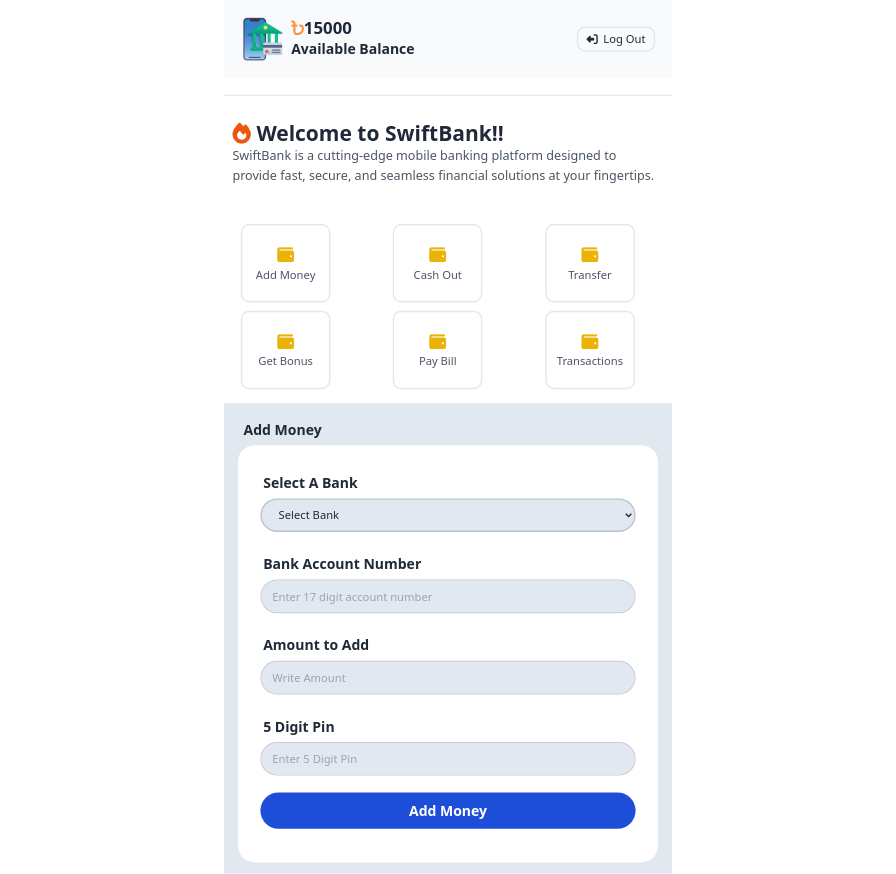
Repository: mukaddam-coder/swift-bank-mobile-banking
Page: home.html
The author's editor kept a copy of each file at every save. The page is drawn from the files as they stood at one save, then again after the next save.
The browser window is 1280 px wide. The pictures show the whole page, at 70% of full size.
Some web libraries are served in a nearby version.

Above is the page before, as saved 2024-12-13 03:45:55.

After the next save:
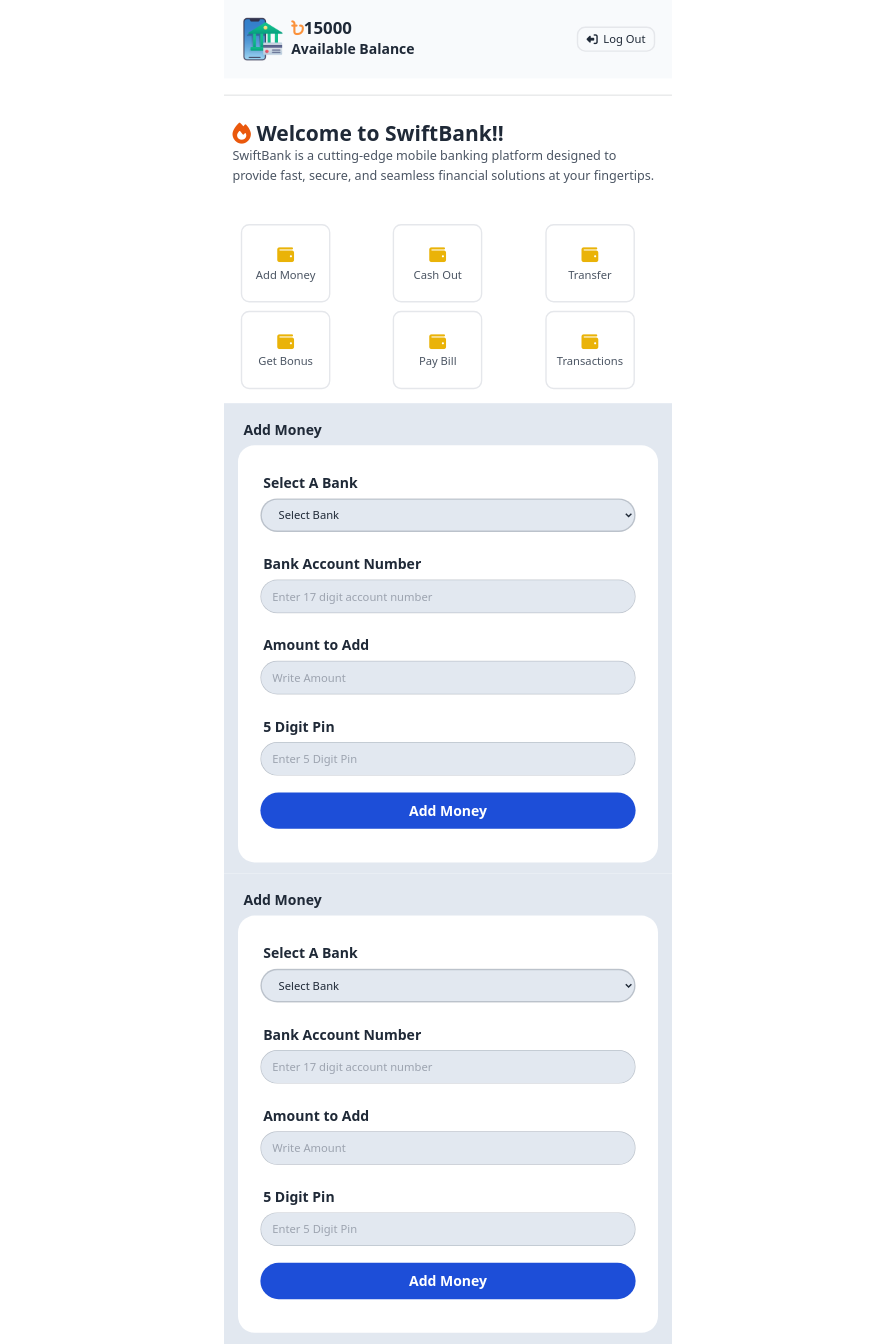
Saved 54 s later.
--- a/home.html
+++ b/home.html
@@ -143,6 +143,56 @@
           </form>
       </section>
       <!-- Add Money Section End -->
+
+      <!-- Cash Out Section Start -->
+      <section class="w-1/2 mx-auto px-5 py-4 bg-slate-200">
+        <h2 class="p-2 font-bold text-xl">Add Money</h2>
+        <form class="card-body bg-white rounded-3xl">
+            <div class="form-control mb-4">
+              <label class="label">
+                <span class="label-text font-semibold text-xl">Select A Bank</span>
+              </label>
+              <select id="bank"  class="input-bordered rounded-full bg-slate-200 h-12 px-5 border-2">
+                <option value="Select Bank">Select Bank</option>
+                <option value="AB Bank PLC">AB Bank PLC</option>
+                <option value="Bangladesh Commerce Bank Limited">Bangladesh Commerce Bank Limited</option>
+                <option value="Islami Bank Bangladesh PLC">Islami Bank Bangladesh PLC</option>
+                <option value="Dutch-Bangla Bank PLC">Dutch-Bangla Bank PLC</option>
+                <option value="Jamuna Bank Limited">Jamuna Bank Limited</option>
+                <option value="Trust Bank PLC">Trust Bank PLC</option>
+              </select>
+              </div>
+
+            <div class="form-control mb-4">
+              <label class="label">
+                <span class="label-text font-semibold text-xl">Bank Account Number</span>
+              </label>
+              <input id="input-bank-account-field" type="text" placeholder="Enter 17 digit account number" class="input input-bordered rounded-full bg-slate-200" required />
+
+            </div>
+            <div class="form-control mb-4">
+              <label class="label">
+                <span class="label-text font-semibold text-xl">Amount to Add</span>
+              </label>
+              <input id="input-amount-field" type="text" placeholder="Write Amount" class="input input-bordered rounded-full bg-slate-200" required />
+
+            </div>
+            <div class="form-control mb-4">
+              <label class="label">
+                <span class="label-text font-semibold text-xl">5 Digit Pin</span>
+              </label>
+              <input id="input-add-money-pin-number" type="password" placeholder="Enter 5 Digit Pin" class="input input-bordered rounded-full bg-slate-200" required />
+
+            </div>
+
+
+            <div class="form-control mb-4">
+              <button id="btn-add-money" class="bg-blue-700 font-bold text-xl text-white p-3 rounded-full">Add Money</button>
+            </div>
+          </form>
+      </section>
+
+      <!-- Cash Out Section End -->
       <script src="Jscript/utilities.js"></script>
       <script src="Jscript/add-money.js"></script>
        </main>
